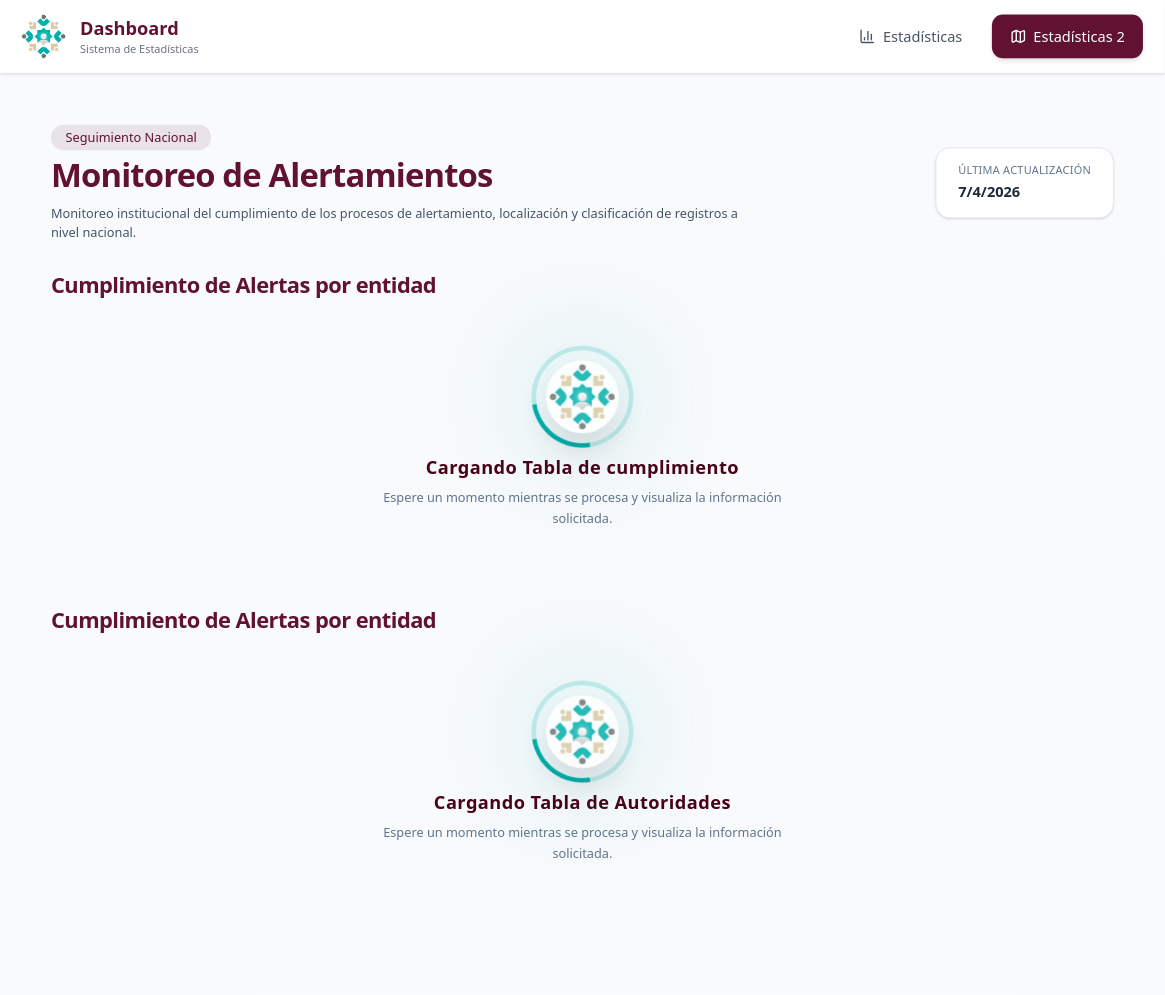
Repository: jesus890/semaforo-cinepolis
Page: /estadisticas-2
The author's editor kept a copy of each file at every save. The page is drawn from the files as they stood at one save, then again after the next save.
The browser window is 1280 px wide. The pictures show the whole page, at 91% of full size.
The page's requests for data from a server got no answer. The project was rebuilt for these pictures with package versions that can differ from the ones it lists, and the page was loaded fresh each time. No one was signed in, and anything a server would have sent is missing. Also part of the build but not shown: vite.config.ts, src/components/Dashboard/Skeleton/SkeletonChart.tsx, src/components/Dashboard/matriz/AlertaMatriz.tsx, src/constants/colors.ts, src/components/Dashboard/charts/EdadChart.tsx, src/components/Dashboard/charts/EnfoqueChart.tsx, src/components/Dashboard/charts/SexoChart.tsx, src/pages/EstadisticaPage.tsx and 2 more.

Above is the page before, as saved 2026-06-05 16:23:15.

After the next save:
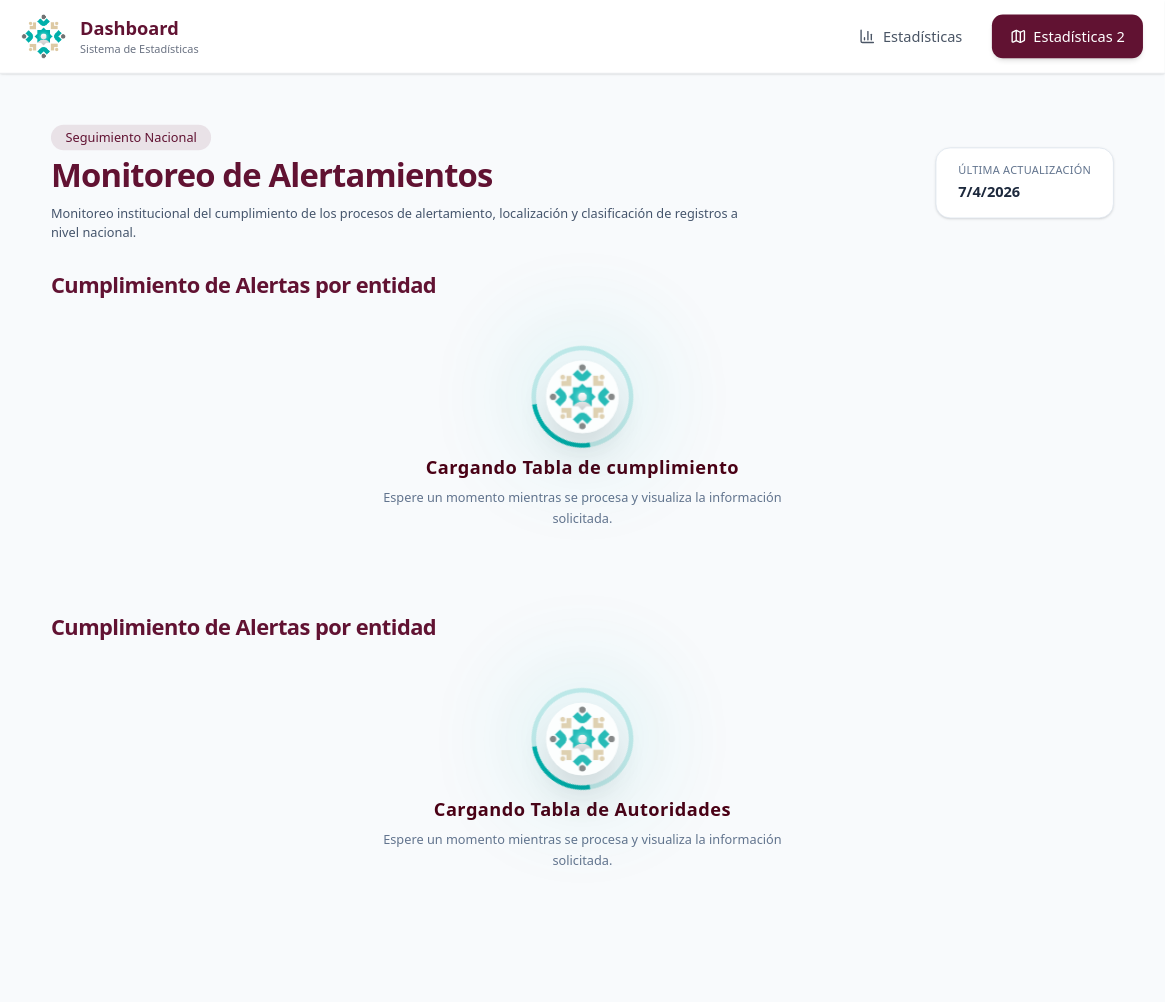
Saved 13 s later.
--- a/src/pages/EstadisticasDosPage.tsx
+++ b/src/pages/EstadisticasDosPage.tsx
@@ -99,7 +99,7 @@ export default function EstadisticasDosPage() {
 
                 </div>
 
-                <div className="my-5 space-y-4">
+                <div className="my-5 space-y-6">
                     <div>
                         <h1 className="text-2xl font-bold tracking-tight text-[#611232]">
                             Cumplimiento de Alertas por entidad
